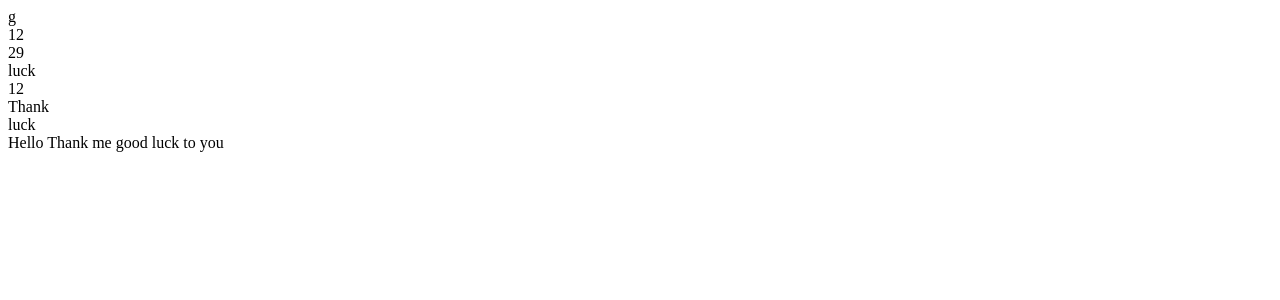
Repository: reddrinkbro/JSPStudy
Page: javascript/WebContent/4객체/string_0b1.html
An editor plug-in stored every save of this project. The page is shown before and after the next save, followed by the edit.
The browser window is 1280 px wide. The pictures show the whole page.

Above is the page before, as saved 2020-04-07 03:44:13.

After the next save:
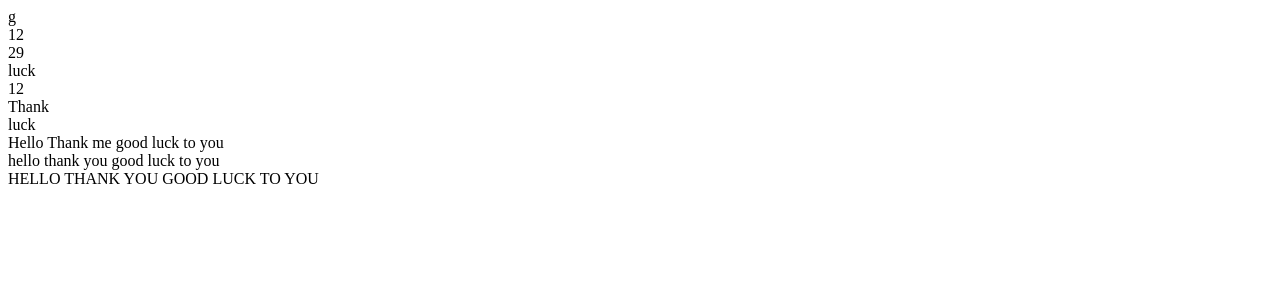
Saved 5 min 25 s later.
--- a/javascript/WebContent/4객체/string_0b1.html
+++ b/javascript/WebContent/4객체/string_0b1.html
@@ -40,7 +40,15 @@
 
 		//문자열 객체의 replace("바꿀문자","새 문자");
 		//문자열 전체에서 왼쪽부터 바꿀 문자와 일치하는 문자를 찾아 최초로 찾은 문자를 새문자로 치환함
-		document.write(t.replace("you","me"));
+		document.write(t.replace("you","me"),"<br/>");
+
+		//문자열 객체의 toLowerCase()
+		//문자열전체에서 영문 대문자를 모두 소문자로 바꿔서 반환함
+		document.write(t.toLowerCase(),"<br/>");
+
+		//문자열 객체의 toUpperCase()
+		//문자열전체에서 영문 소문자를 모두 대문자로 바꿔서 반환함
+		document.write(t.toUpperCase(),"<br/>");
 	</script>
 </head>
 <body>
